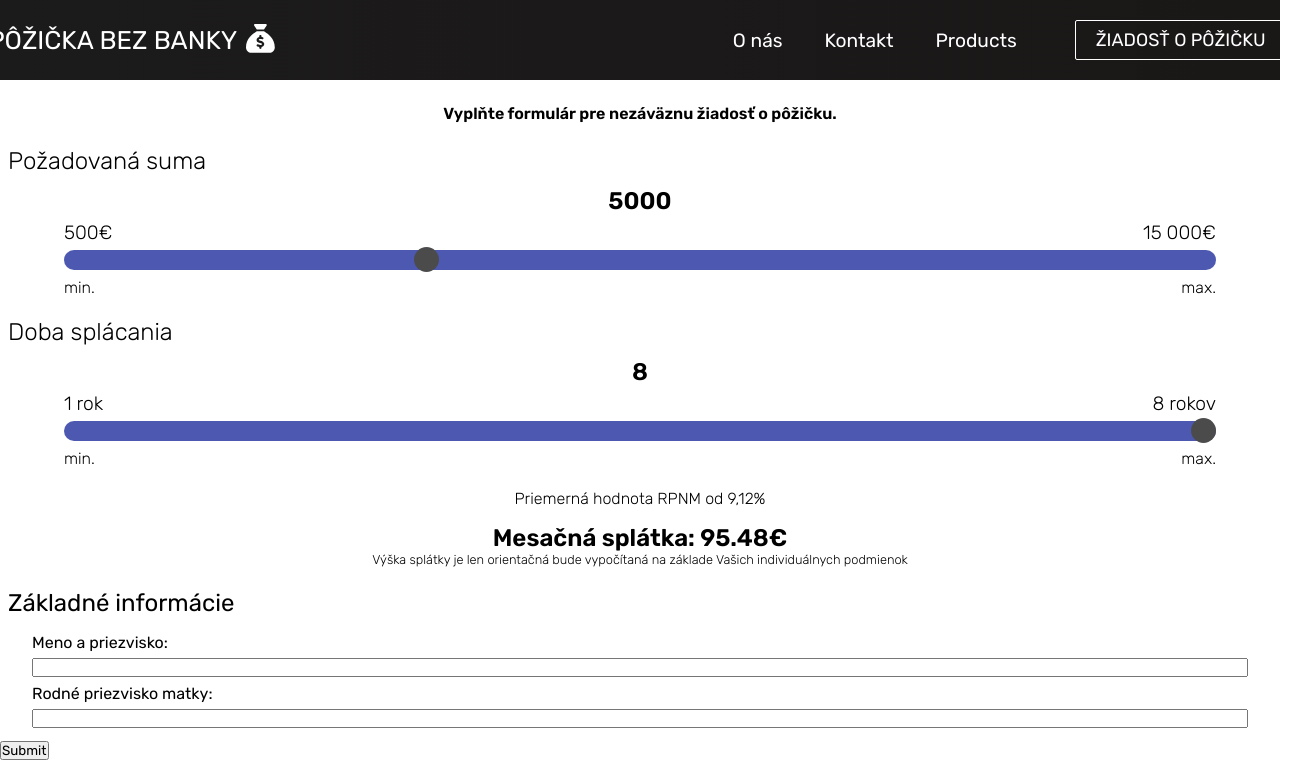
Repository: steve-lgtm/React-website-pozickabezbanky
Page: /ziadost
An editor plug-in stored every save of this project. The page is shown before and after the next save, followed by the edit.
The browser window is 1280 px wide. The page is 1305 px wide, so the pictures cover 1305 px, including what lies to the right of the window. The pictures show the whole page.
Some web libraries are served in a nearby version. The project was rebuilt for these pictures with package versions that can differ from the ones it lists, and the page was loaded fresh each time. Also part of the build but not shown: src/components/pages/Home.js, src/components/pages/Kontakt.js, src/components/pages/Products.js.

Above is the page before, as saved 2022-07-10 16:16:55.

After the next save:
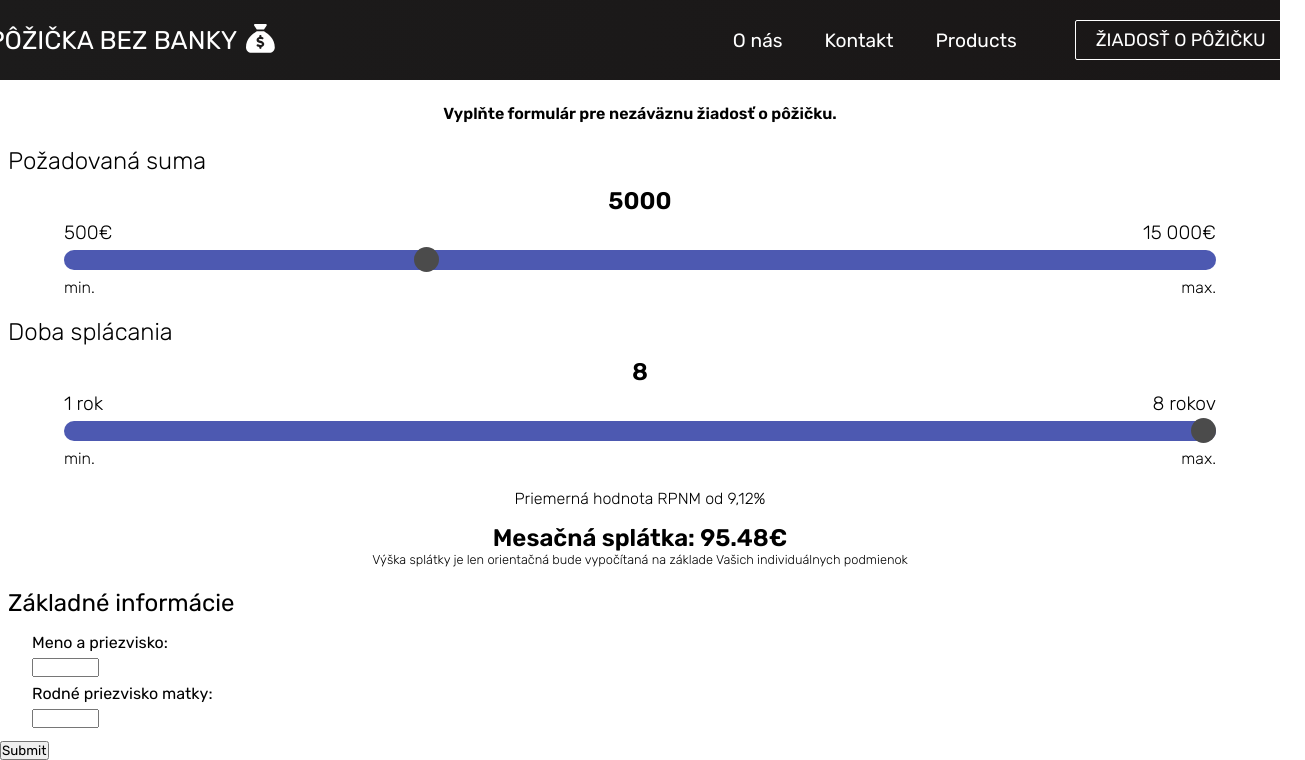
Saved 38 s later.
--- a/src/components/pages/Ziadost.css
+++ b/src/components/pages/Ziadost.css
@@ -93,6 +93,6 @@
     height: 7vh;
     margin: 0 1.5em;
 }
-.input[type=text] {
+input[type=text] {
     width: 5em;
 }

After the save that followed:
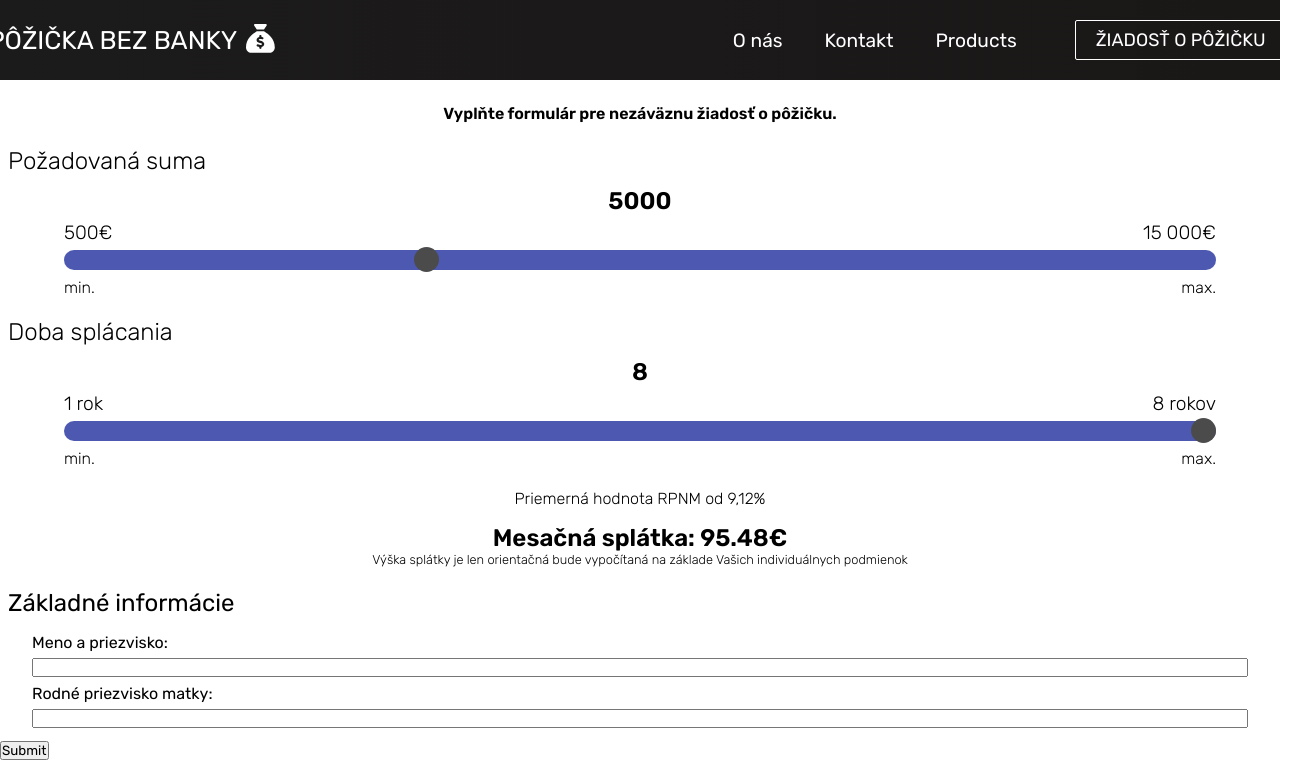
Saved 9 s later.
--- a/src/components/pages/Ziadost.css
+++ b/src/components/pages/Ziadost.css
@@ -93,6 +93,6 @@
     height: 7vh;
     margin: 0 1.5em;
 }
-input[type=text] {
-    width: 5em;
+.input[type=text] {
+    border-radius: 1em;
 }
